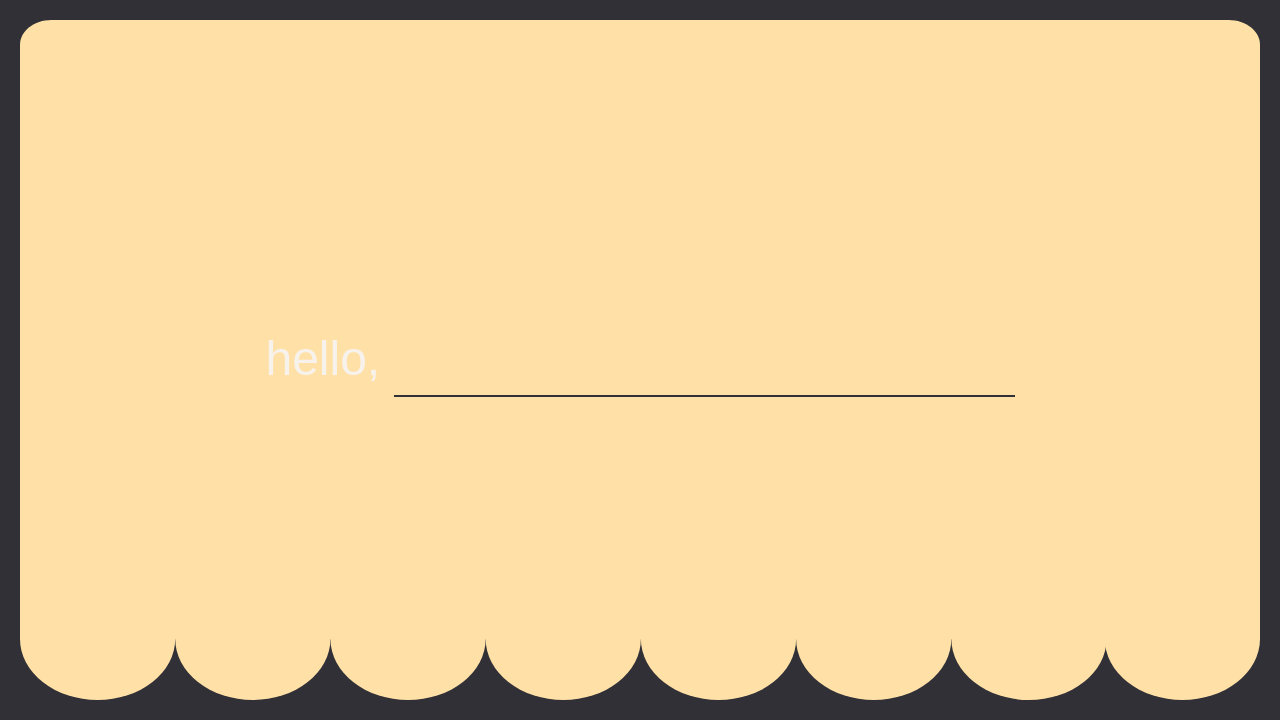
Repository: zhangolivia7/rot-recovery
Page: /
An editor plug-in stored every save of this project. The page is shown before and after the next save, followed by the edit.
The browser window is 1280 px wide. The pictures show the whole page.
The project was rebuilt for these pictures with package versions that can differ from the ones it lists, and the page was loaded fresh each time. The framework's server and built-in components were replaced by stand-ins that run in the browser. Also part of the build but not shown: next.config.ts.

Above is the page before, as saved 2025-03-29 17:36:37.

After the next save:
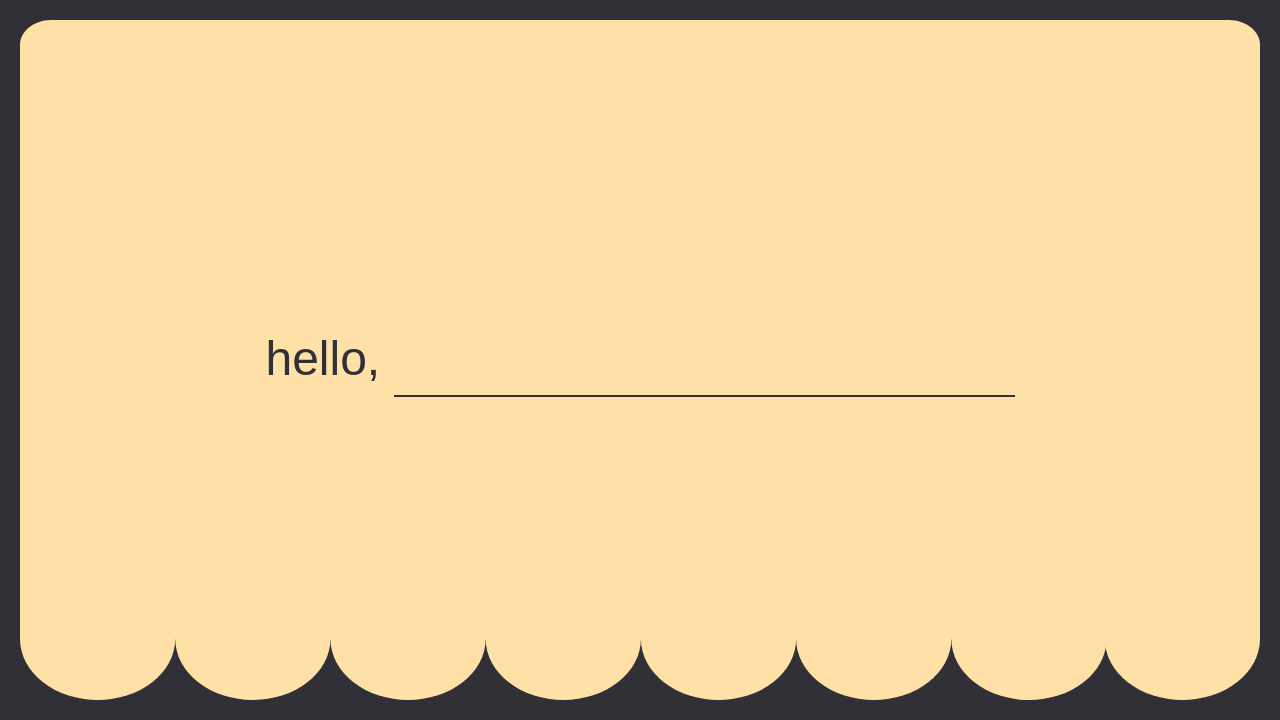
Saved 13 s later.
--- a/src/app/globals.css
+++ b/src/app/globals.css
@@ -41,7 +41,7 @@
 
 body {
   background: var(--background);
-  color: var(--foreground);
+  color: var(--background);
   font-family: Arial, Helvetica, sans-serif;
 }
 

After the 2 saves that followed:
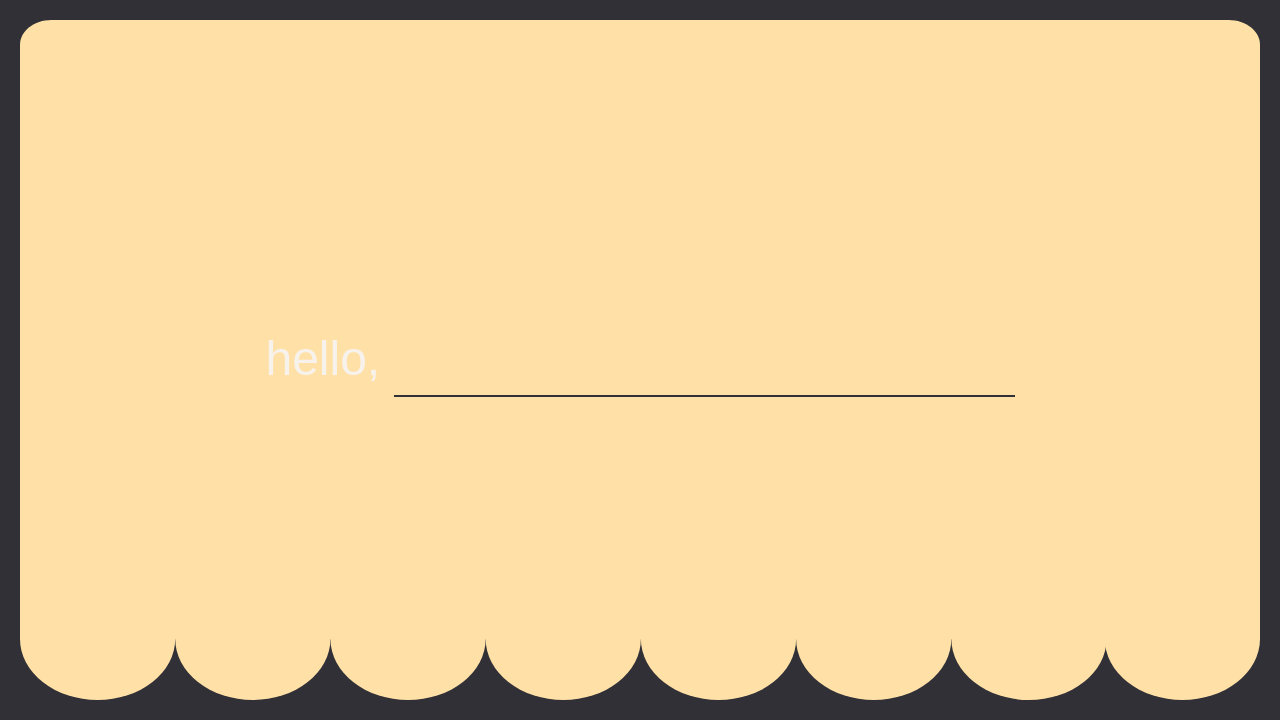
The 2 saves are shown as one change because they came seconds apart.
The last was saved 29 s later.
--- a/src/app/globals.css
+++ b/src/app/globals.css
@@ -41,7 +41,7 @@
 
 body {
   background: var(--background);
-  color: var(--background);
+  color: var(--foreground);
   font-family: Arial, Helvetica, sans-serif;
 }
 
@@ -68,3 +68,7 @@
   flex-direction: column;
   margin: 10px;
 }
+
+#sq h1 {
+  color: var(--background);
+}
